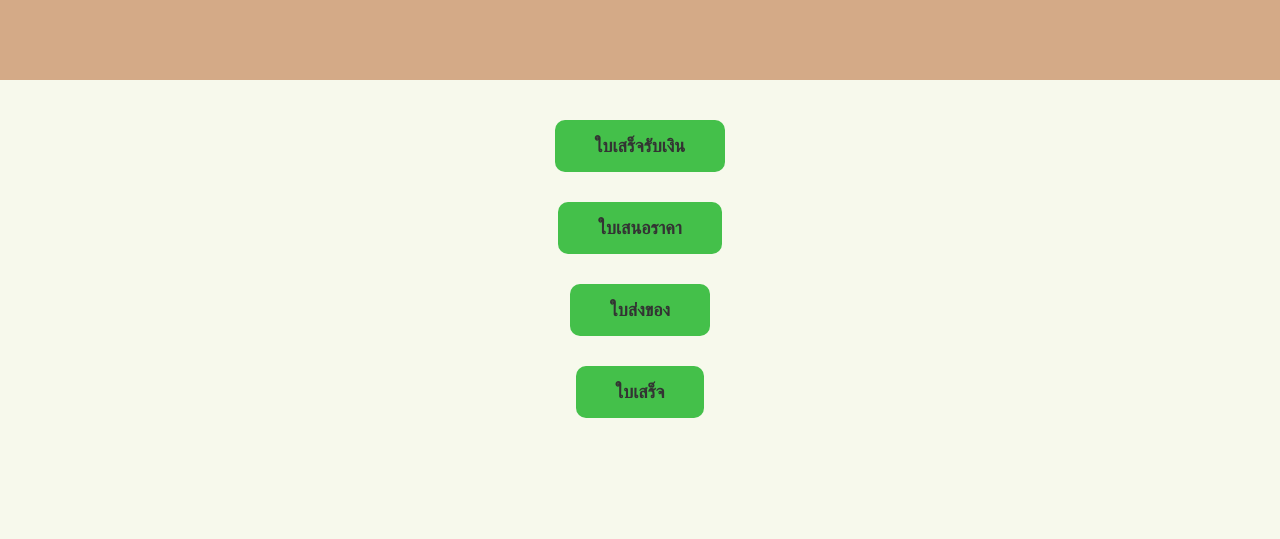
Repository: Hermesmercury88/shop_it
Page: index.html
The author's editor kept a copy of each file at every save. The page is drawn from the files as they stood at one save, then again after the next save.
The browser window is 1280 px wide. The pictures show the whole page.

Above is the page before, as saved 2025-09-21 13:18:21.

After the next save:
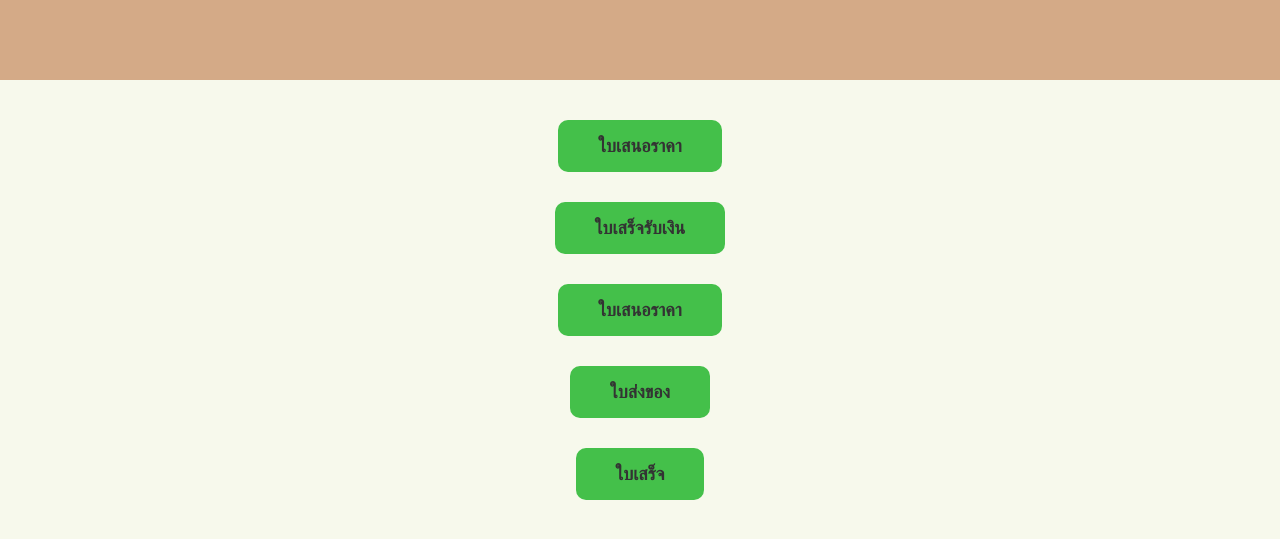
Saved 10 min 48 s later.
--- a/index.html
+++ b/index.html
@@ -10,6 +10,7 @@
     <div class="header"></div>
 
     <div class="container">
+        <a href="#" class="btn">ใบเสนอราคา</a>
         <a href="quotation.html" class="btn">ใบเสร็จรับเงิน</a>
         <a href="#" class="btn">ใบเสนอราคา</a>
         <a href="#" class="btn">ใบส่งของ</a>
